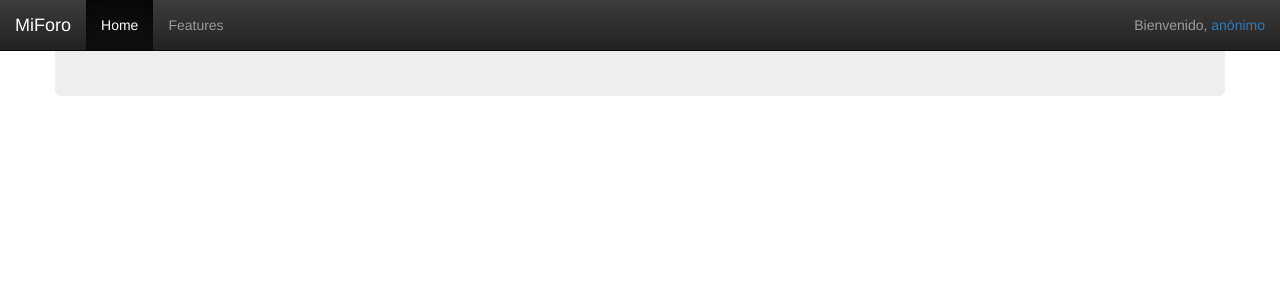
Repository: Myugen/EjercicioPHP
Page: http://localhost/
An editor plug-in stored every save of this project. The page is shown before and after the next save, followed by the edit.
The browser window is 1280 px wide. The pictures show the whole page.
Some web libraries are served in a nearby version. The page is run by PHP 8.4 with error messages shown; the project is at /var/www/html/.

Above is the page before, as saved 2015-11-27 19:01:37.
Not found: ProyectoFinalForo/jsfile

After the next save:
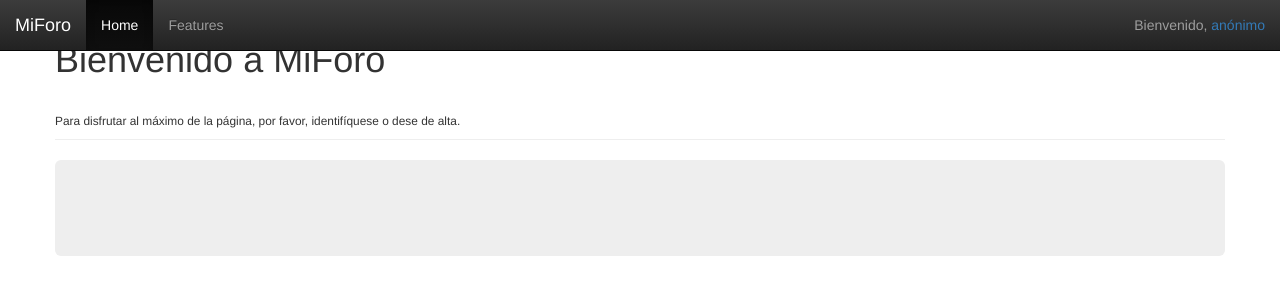
Saved 18 min 13 s later.
--- a/ProyectoFinalForo/index.php
+++ b/ProyectoFinalForo/index.php
@@ -40,6 +40,12 @@ session_start();
     	</nav>
     	</div>
     	<div class="row">
+    		<div class="page-header">
+    			<h1>Bienvenido a MiForo</h1><br />
+    			<small>Para disfrutar al máximo de la página, por favor, identifíquese o dese de alta.</small>
+    		</div>
+    	</div>
+    	<div class="row">
 	    	<div class="jumbotron">
 	    	<div class="col-md-6"></div>
 	    	<div class="col-md-6"></div>
